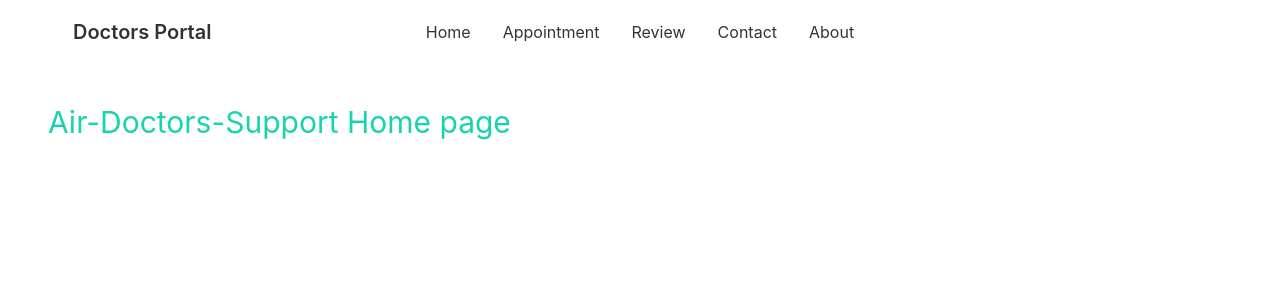
Repository: Devloper-solaiman/Air-Doctors-Support
Page: /
The author's editor kept a copy of each file at every save. The page is drawn from the files as they stood at one save, then again after a run of saves.
The browser window is 1280 px wide. The pictures show the whole page.
The project was rebuilt for these pictures with package versions that can differ from the ones it lists, and the page was loaded fresh each time. Also part of the build but not shown: src/App.css.

Above is the page before, as saved 2023-02-19 12:21:32.

After the next 3 saves:
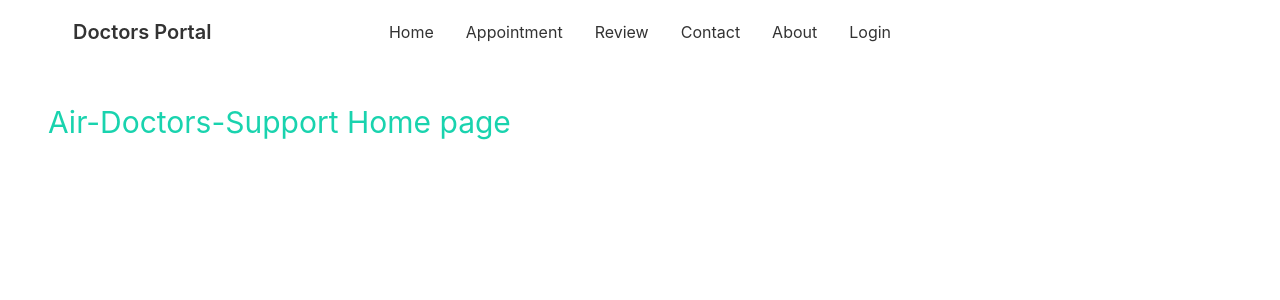
The 3 saves are shown as one change because 2 did not build or start.
The last was saved 17 min 53 s later.
--- a/src/Pages/Shared/Navbar.js
+++ b/src/Pages/Shared/Navbar.js
@@ -17,8 +17,9 @@ const Navbar = () => {
         <li><Link to="/contact">Contact</Link></li>
         <li><Link to="/about">About</Link></li>
         {
-
+            user && <li><Link to="/dashboard">Dashboard</Link></li>
         }
+        <li>{user ? <button className='btn btn-ghost' onClick={logout}>Sign Out</button> : <Link to="login">Login</Link>}</li>
     </>
 
     return (
